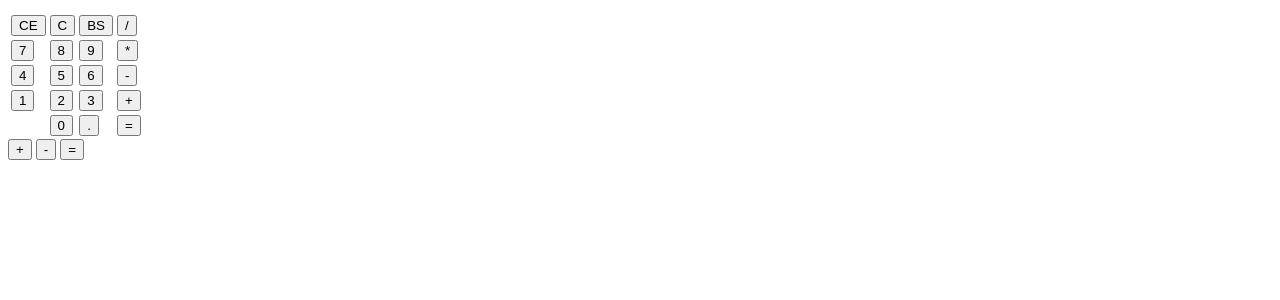
Repository: jocod98/servlet-jsp
Page: JSPPrj/src/main/webapps/calc3.html
An editor plug-in stored every save of this project. The page is shown before and after the next save, followed by the edit.
The browser window is 1280 px wide. The pictures show the whole page.

Above is the page before, as saved 2023-01-10 08:42:38.

After the next save:
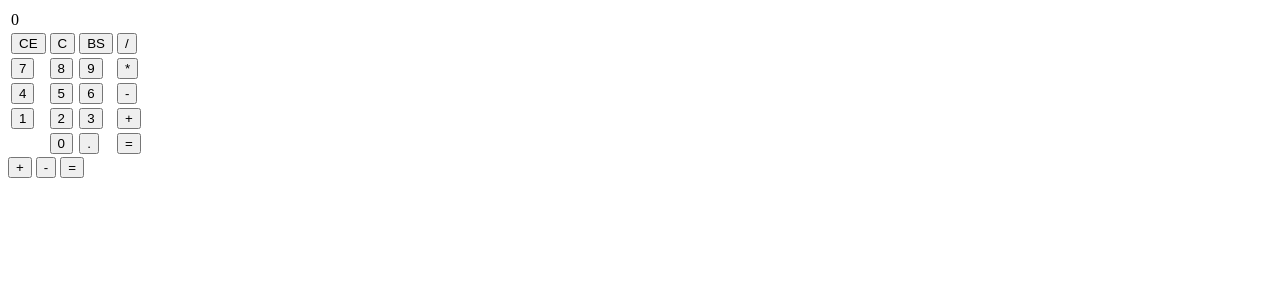
Saved 24 s later.
--- a/JSPPrj/src/main/webapps/calc3.html
+++ b/JSPPrj/src/main/webapps/calc3.html
@@ -9,7 +9,7 @@
 	<form action = "calc3" method = "post">
 	<table>
 		<tr>
-			<td></td>
+			<td colspan = "4">0</td>
 		</tr>
 		<tr>
 			<td><input type = "submit" name = "operator" value ="CE" /> </td>
